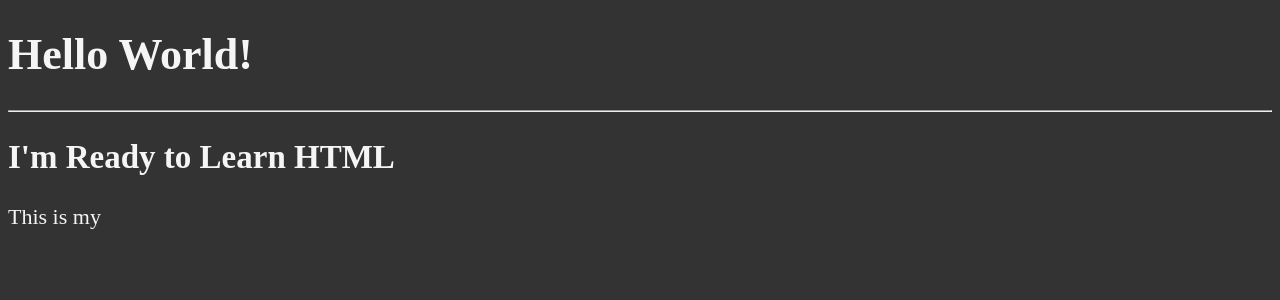
Repository: JavaProgrammerFromEastEurope/project-html-full-tutorial
Page: 04_lesson/index.html
These files come from the project's save history. The page is drawn as it stood at one moment and after a run of saves; the edit follows.
The browser window is 1280 px wide. The pictures show the whole page.

Above is the page before, as saved 2023-04-07 03:16:18.

### 04_lesson/index.html
<!DOCTYPE html>
<html lang="en">

<head>
	<meta charset="UTF-8">
	<meta name="author" content="Dave Gray">
	<meta name="description" content="This page contains all the things I am learning how to create as I learn HTML.">
	<title>My First Web Page</title>
	<link rel="icon" href="html5.png" type="image/x-icon">
	<link rel="stylesheet" href="main.css" type="text/css">
</head>

<body>
	<h1>Hello World!</h1>

	<hr>
	<h2> I'm Ready to Learn HTML</h2>
	<p>This is my </p>
</body>
</html>

Loaded but not shown: 04_lesson/main.css (common file)

After the next 4 saves:
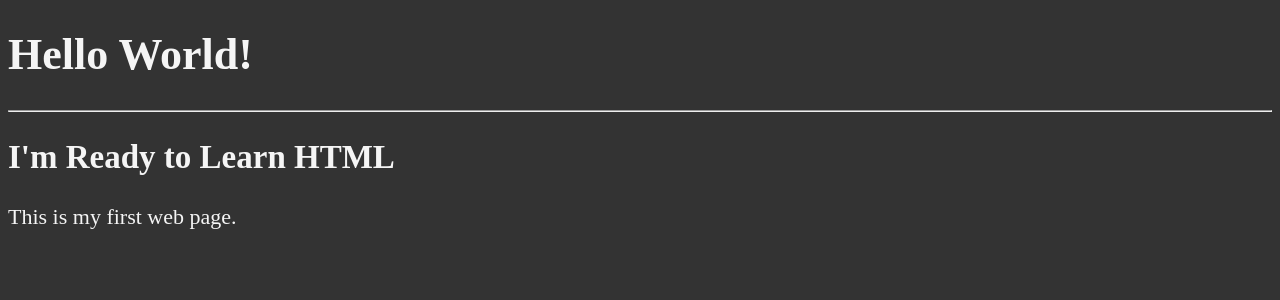
The 4 saves are shown as one change because they came seconds apart.
The last was saved 11 s later.
--- a/04_lesson/index.html
+++ b/04_lesson/index.html
@@ -15,6 +15,8 @@
 
 	<hr>
 	<h2> I'm Ready to Learn HTML</h2>
-	<p>This is my </p>
+	<p>This is my first web page.</p>
+
+	<h3>
 </body>
 </html>
